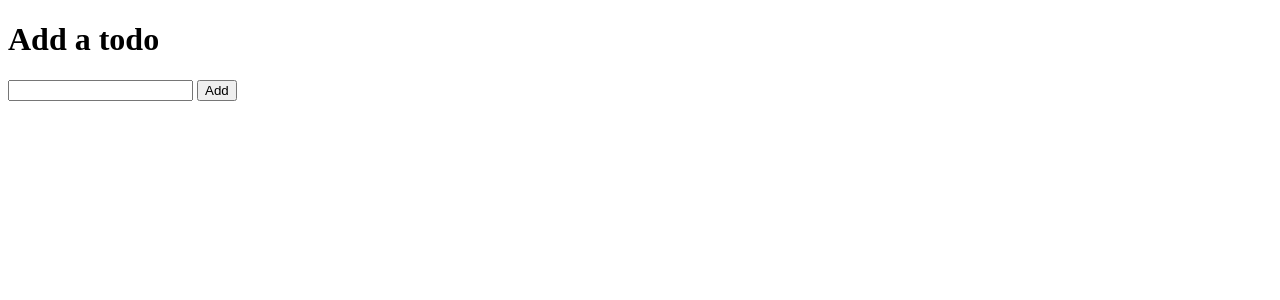
Repository: codelifee/spring-mvc-project
Page: http://localhost/springmvc/add-todo
These files come from the project's save history. The page is drawn as it stood at one moment and after the next save; the edit follows.
The browser window is 1280 px wide. The pictures show the whole page.
The page is served by Tomcat 9.

Above is the page before, as saved 2020-11-16 06:46:05.

After the next save:
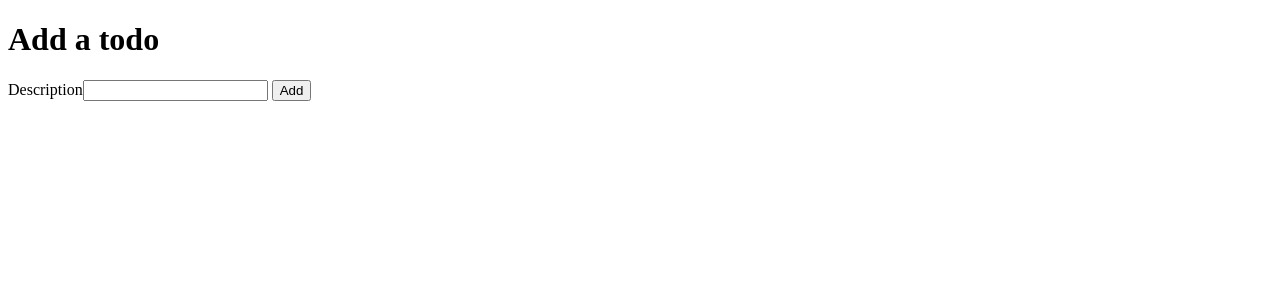
Saved 63 s later.
--- a/springmvc/src/main/webapp/WEB-INF/views/todo.jsp
+++ b/springmvc/src/main/webapp/WEB-INF/views/todo.jsp
@@ -10,7 +10,7 @@
 <div class="container">
 <H1>Add a todo</H1>
 <form method="post">
-	<input name="desc" type="text"/>
+	Description<input name="desc" type="text"/>
 	<input type="submit" value="Add"/>
 </form>
 </div>
